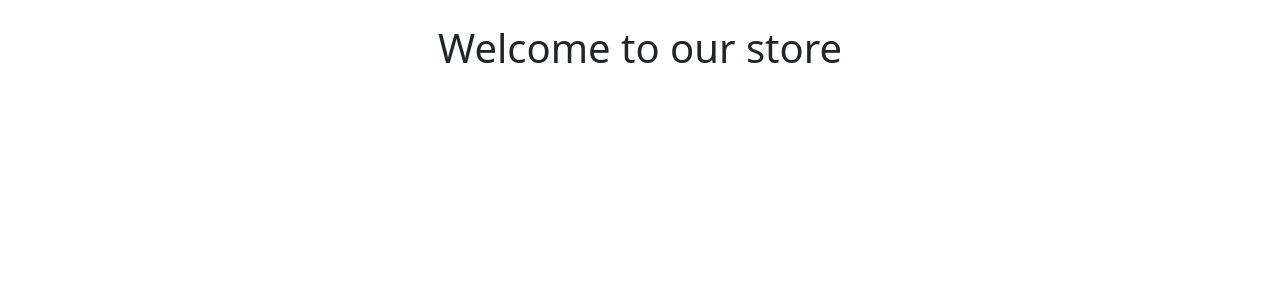
Repository: IAMKholo/capstone
Page: CapProject/OnlineStore/src/main/resources/static/index.html
An editor plug-in stored every save of this project. The page is shown before and after the next save, followed by the edit.
The browser window is 1280 px wide. The pictures show the whole page.

Above is the page before, as saved 2025-03-26 13:45:51.

After the next save:
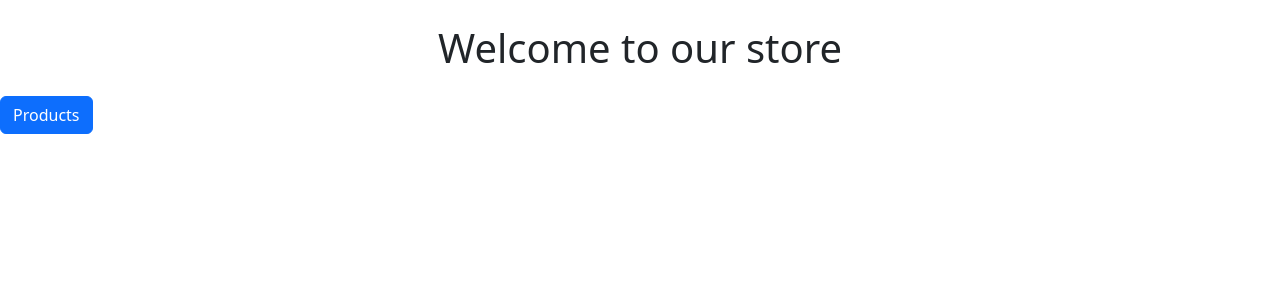
Saved 2 min 16 s later.
--- a/CapProject/OnlineStore/src/main/resources/static/index.html
+++ b/CapProject/OnlineStore/src/main/resources/static/index.html
@@ -8,6 +8,8 @@
   </head>
   <body>
     <h1 class="text-center my-4">Welcome to our store</h1>
+
+    <a class="btn btn-primary" href="/prodcust">Products</a>
     <script src="https://cdn.jsdelivr.net/npm/bootstrap@5.3.3/dist/js/bootstrap.bundle.min.js" integrity="sha384-YvpcrYf0tY3lHB60NNkmXc5s9fDVZLESaAA55NDzOxhy9GkcIdslK1eN7N6jIeHz" crossorigin="anonymous"></script>
   </body>
 </html>
